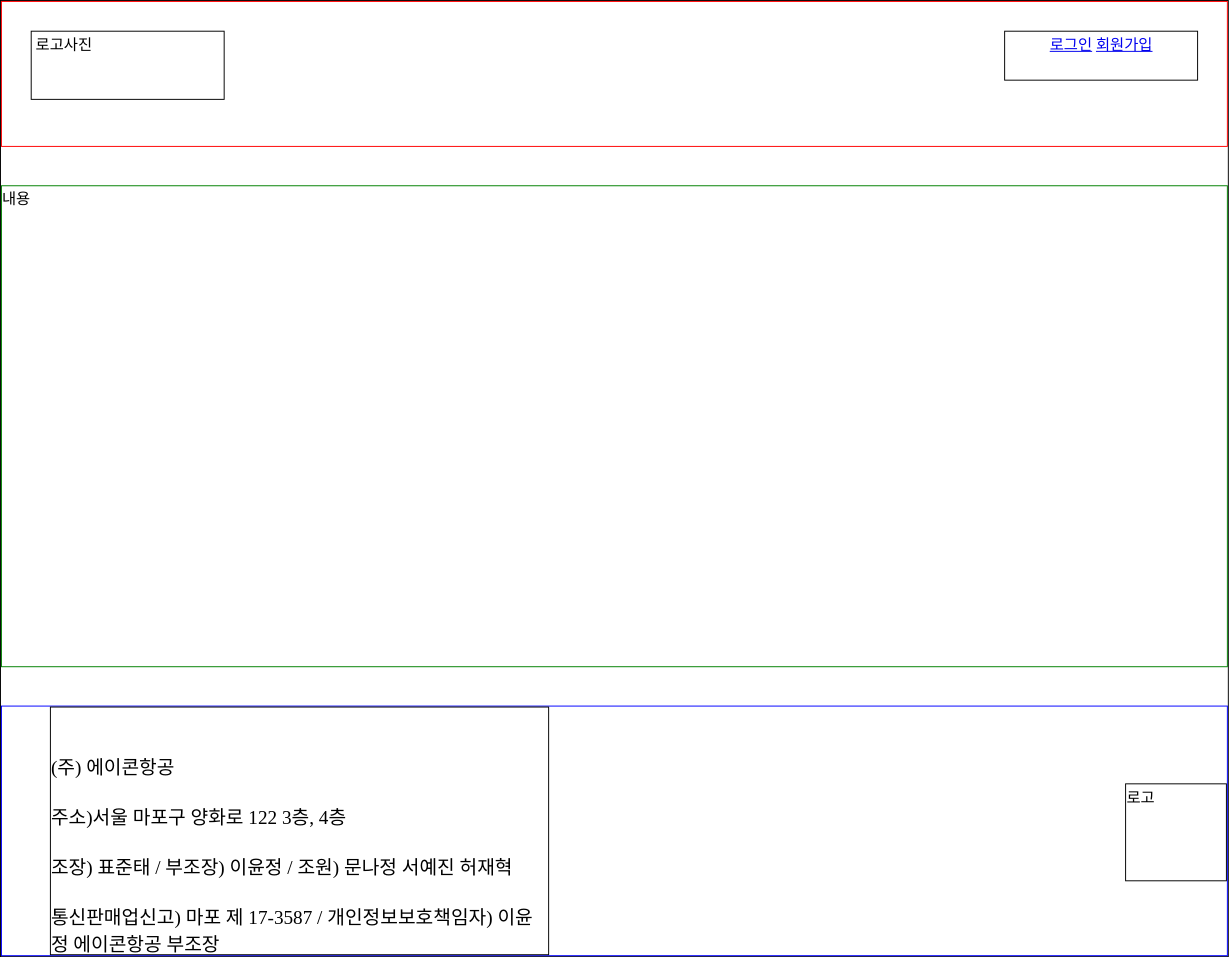
Repository: juntae710/Acorn_AirlineReservation_Project
Page: http://localhost/prj3_1/WEB-INF/views/h_index.jsp
These files come from the project's save history. The page is drawn as it stood at one moment and after the next save; the edit follows.
The browser window is 1280 px wide. The pictures show the whole page, at 96% of full size.
The page is served by Tomcat 9. Nobody is signed in. The template is opened directly, without the code that normally fills it, so the values that code supplies are empty.

Above is the page before, as saved 2023-09-20 01:21:11.

After the next save:
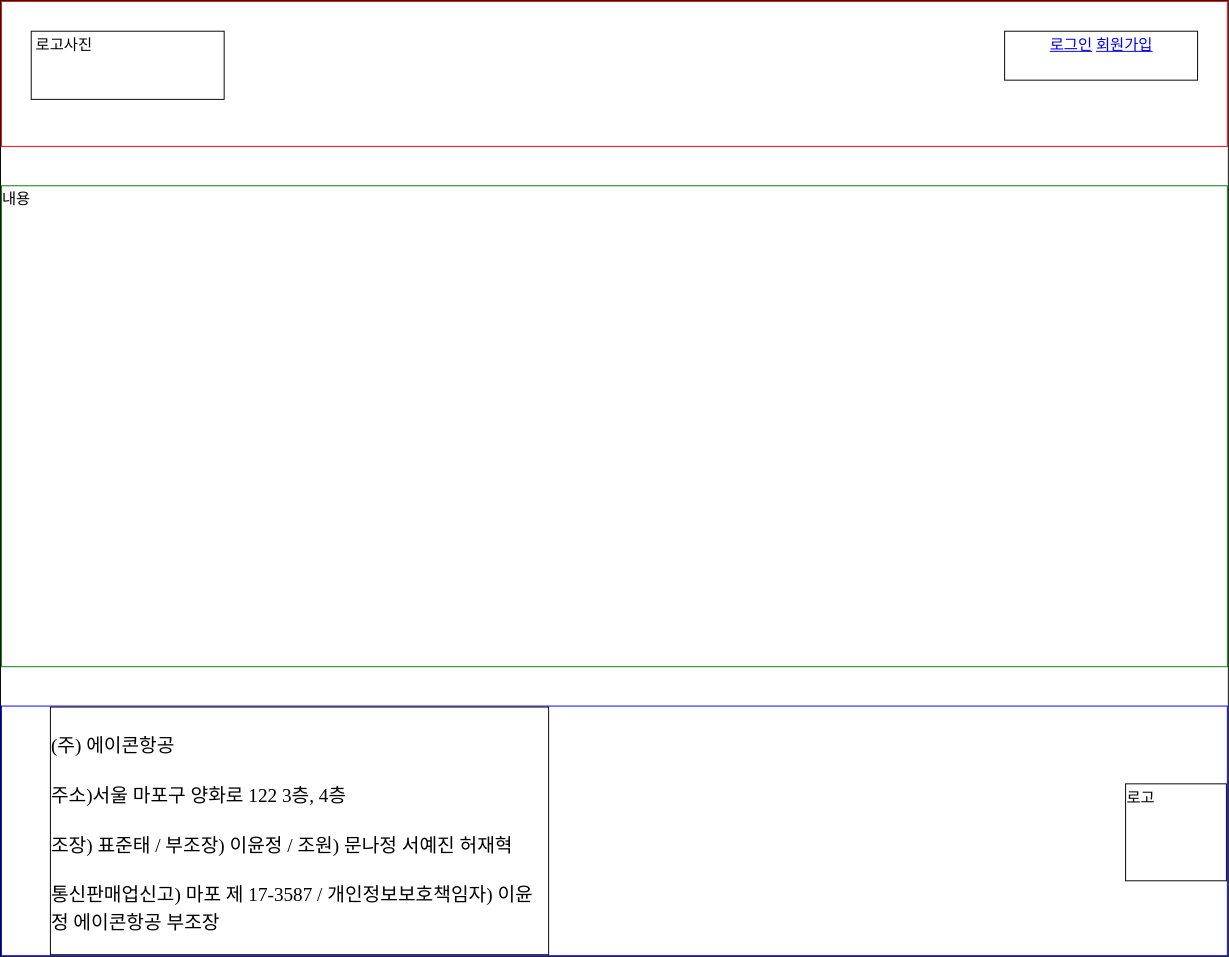
Saved 6 s later.
--- a/Eclipse/prj3_1/src/main/webapp/WEB-INF/views/h_index.jsp
+++ b/Eclipse/prj3_1/src/main/webapp/WEB-INF/views/h_index.jsp
@@ -111,7 +111,7 @@ margin-top: 80px;
 
 		<footer>
 		<div class="footer_info">
-		<br><br>(주) 에이콘항공 <br><br>
+		<br>(주) 에이콘항공 <br><br>
 			 주소)서울 마포구 양화로 122 3층, 4층 <br><br>
 			조장) 표준태 / 부조장) 이윤정 / 조원) 문나정 서예진 허재혁 <br><br>
 			통신판매업신고) 마포 제 17-3587 / 개인정보보호책임자) 이윤정 에이콘항공 부조장
